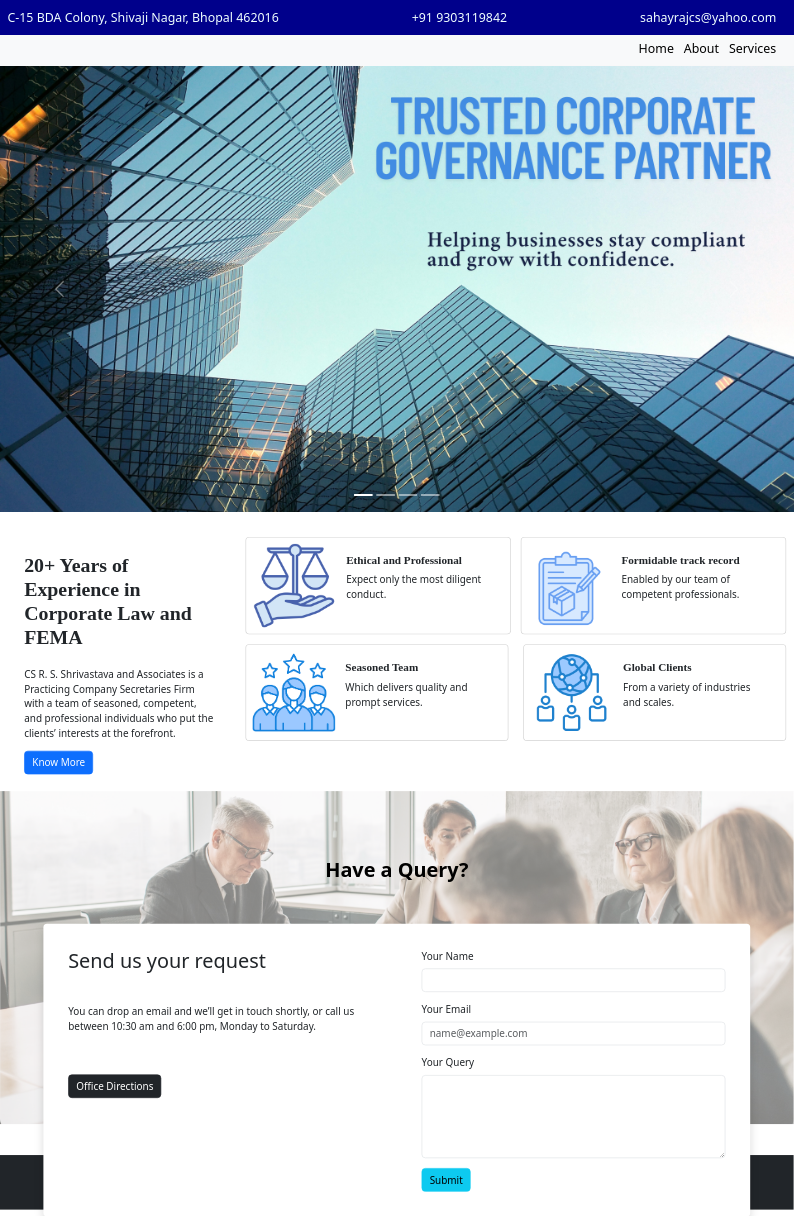
Repository: aayushiss/CS-RSS
Page: index.html
An editor plug-in stored every save of this project. The page is shown before and after the next save, followed by the edit.
The browser window is 1280 px wide. The pictures show the whole page, at 62% of full size.

Above is the page before, as saved 2025-05-15 20:01:41.

### index.html
<!DOCTYPE html>
<html lang="en">

<head>
  <meta charset="UTF-8">
  <meta name="viewport" content="width=device-width, initial-scale=1.0">
  <title>R. S. Shrivastava</title>
  <link href="https://cdn.jsdelivr.net/npm/bootstrap@5.3.3/dist/css/bootstrap.min.css" rel="stylesheet"
    integrity="sha384-QWTKZyjpPEjISv5WaRU9OFeRpok6YctnYmDr5pNlyT2bRjXh0JMhjY6hW+ALEwIH" crossorigin="anonymous">
  <link rel="stylesheet" type="text/css" href="style.css">
</head>

<body>
  <nav class="navbar fixed-top custom-navbar">
    <div class="container-fluid d-flex justify-content-between">
      <a class="navbar-brand"
        href="https://www.google.com/maps/place/R+S+SHRIVASTAVA+%26+ASSOCIATES/@23.2288499,77.4244091,17z/data=!3m1!4b1!4m6!3m5!1s0x397c425fada83073:0xcb1e8ba90a487f4e!8m2!3d23.228845!4d77.426984!16s%2Fg%2F1td0r8v9?entry=ttu&g_ep=EgoyMDI1MDUxMi4wIKXMDSoASAFQAw%3D%3D"
        target="_blank">C-15 BDA Colony, Shivaji Nagar, Bhopal 462016</a>
      <a class="navbar-brand" href="" tel:+919303119842"">+91 9303119842</a>
      <a class="navbar-brand" href="mailto:sahayrajcs@yahoo.com">sahayrajcs@yahoo.com</a>
    </div>
  </nav>
  <div class="navbar-space"></div>

  <nav class="navbar sticky-top second-navbar bg-light">
    <div class="container-fluid d-flex justify-content-end">
      <a class="navbar-brand" href="index.html">Home</a>
      <a class="navbar-brand" href="about.html">About</a>
      <a class="navbar-brand" href="#">Services</a>
    </div>
  </nav>

  <div id="carouselExampleCaptions" class="carousel slide">
    <div class="carousel-indicators">
      <button type="button" data-bs-target="#carouselExampleCaptions" data-bs-slide-to="0" class="active"
        aria-current="true" aria-label="Slide 1"></button>
      <button type="button" data-bs-target="#carouselExampleCaptions" data-bs-slide-to="1"
        aria-label="Slide 2"></button>
      <button type="button" data-bs-target="#carouselExampleCaptions" data-bs-slide-to="2"
        aria-label="Slide 3"></button>
      <button type="button" data-bs-target="#carouselExampleCaptions" data-bs-slide-to="3"
        aria-label="Slide 4"></button>
    </div>
    <div class="carousel-inner">
      <div class="carousel-item active">
        <img src="images/Trusted corporate governance partner.png" class="d-block w-100" alt="...">
        <div class="carousel-caption d-none d-md-block">
          <!-- <h5>First slide label</h5>
              <p>Some representative placeholder content for the first slide.</p> -->
        </div>
      </div>
      <div class="carousel-item">
        <img src="images/LegalConsultancy.png" class="d-block w-100" alt="...">
      </div>
      <div class="carousel-item">
        <img src="images/companyIncorporation.png" class="d-block w-100" alt="...">
      </div>
      <div class="carousel-item">
        <img src="images/annualFilingReturn.png" class="d-block w-100" alt="...">
      </div>
    </div>
    <button class="carousel-control-prev" type="button" data-bs-target="#carouselExampleCaptions" data-bs-slide="prev">
      <span class="carousel-control-prev-icon" aria-hidden="true"></span>
      <span class="visually-hidden">Previous</span>
    </button>
    <button class="carousel-control-next" type="button" data-bs-target="#carouselExampleCaptions" data-bs-slide="next">
      <span class="carousel-control-next-icon" aria-hidden="true"></span>
      <span class="visually-hidden">Next</span>
    </button>
  </div>
  <div class="container-fluid" style="margin-top: 40px;">

    <div class="row">
      <div class="col-auto" style="width: 30vw;">
        <div class="card" style="border-color: white;">
          <div class="card-body">
            <h5 class="card-title">20+ Years of
              Experience in Corporate Law and FEMA</h5>
            <p class="card-text" style="padding-top: 20px">CS R. S. Shrivastava and Associates is a Practicing Company
              Secretaries Firm with a team of seasoned, competent, and professional individuals who put the clients’
              interests at the forefront.</p>
            <a href="about.html" class="btn btn-primary">Know More</a>
          </div>
        </div>
      </div>
      <div class="col">
        <div class="row row-cols-2 g-3">
          <div class="col">
            <div class="card mb-3">
              <div class="row g-0">
                <div class="col-md-4">
                  <img src="images/8629542.png" class="img-fluid rounded-start" alt="...">
                </div>
                <div class="col-md-8">
                  <div class="card-body">
                    <h5 class="card-title">Ethical and Professional</h5>
                    <p class="card-text">Expect only the most diligent conduct.</p>
                  </div>
                </div>
              </div>
            </div>
          </div>
          <div class="col">
            <div class="card mb-3">
              <div class="row g-0">
                <div class="col-md-4">
                  <img src="images/16919209.png" class="img-fluid rounded-start" alt="...">
                </div>
                <div class="col-md-8">
                  <div class="card-body">
                    <h5 class="card-title">Formidable track record</h5>
                    <p class="card-text">Enabled by our team of competent professionals.</p>
                  </div>
                </div>
              </div>
            </div>
          </div>
        </div>
        <div class="row">
          <div class="col">
            <div class="card mb-3">
              <div class="row g-0">
                <div class="col-md-4">
                  <img src="images/images.png" class="img-fluid rounded-start" alt="...">
                </div>
                <div class="col-md-8">
                  <div class="card-body">
                    <h5 class="card-title">Seasoned Team
                    </h5>
                    <p class="card-text">Which delivers quality and prompt services.</p>
                  </div>
                </div>
              </div>
            </div>
          </div>
          <div class="col">
            <div class="card mb-3">
              <div class="row g-0">
                <div class="col-md-4">
                  <img src="images/11743537.png" class="img-fluid rounded-start" alt="...">
                </div>
                <div class="col-md-8">
                  <div class="card-body">
                    <h5 class="card-title">Global Clients
                    </h5>
                    <p class="card-text">From a variety of industries and scales.</p>
                  </div>
                </div>
              </div>
            </div>
          </div>
        </div>
      </div>
    </div>
  </div>

  <div class="position-relative" style="margin-bottom: 50px;">
    <img src="images/haveAQuery.jpg" class="img-fluid" alt="..." style="opacity: .5;">
    <h2 class="position-absolute start-50 translate-middle-x text-black fw-bold" style="top: 20%;">
      Have a Query?
    </h2>

    <div class="container-md position-absolute start-50 translate-middle-x" style="top: 40%;">
      <div class="row bg-white rounded shadow">
        <div class="col" style="padding: 40px;">
          <h2>Send us your request</h2>
          <p style="margin-top: 50px;">
            You can drop an email and we’ll get in touch shortly, or call us between 10:30 am and 6:00 pm, Monday to
            Saturday.
          </p>
          <div class="btn btn-dark" style="margin-top: 50px;">
            <a href="https://www.google.com/maps/place/R+S+SHRIVASTAVA+%26+ASSOCIATES/@23.2288499,77.4244091,17z/data=!3m1!4b1!4m6!3m5!1s0x397c425fada83073:0xcb1e8ba90a487f4e!8m2!3d23.228845!4d77.426984!16s%2Fg%2F1td0r8v9?entry=ttu&g_ep=EgoyMDI1MDUxMi4wIKXMDSoASAFQAw%3D%3D"
              style="color: white; text-decoration: none; padding-top: 20px;" target="_blank">Office Directions</a>
          </div>
        </div>
        <div class="col" style="padding: 40px;">
          <div class="mb-3">
            <label for="formControlInput1" class="form-label">Your Name</label>
            <input class="form-control" id="ƒormControlInput1">
          </div>
          <div class="mb-3">
            <label for="formControlTextarea1" class="form-label">Your Email</label>
            <input type="email" class="form-control" id="formControlInput1" placeholder="name@example.com">
          </div>
          <div class="mb-3">
            <label for="formControlTextarea2" class="form-label">Your Query</label>
            <textarea class="form-control" id="exampleFormControlTextarea1" rows="5"></textarea>
          </div>
          <div class="btn btn-info">Submit</div>

        </div>
      </div>
    </div>
  </div>
  </div>
  <footer class="bg-dark text-white text-center py-4 mt-5">
    <p>&copy; 2025 CS R. S. Shrivastava and Associates. All rights reserved.</p>
  </footer>

  <script src="https://cdn.jsdelivr.net/npm/bootstrap@5.3.3/dist/js/bootstrap.bundle.min.js"
    integrity="sha384-YvpcrYf0tY3lHB60NNkmXc5s9fDVZLESaAA55NDzOxhy9GkcIdslK1eN7N6jIeHz"
    crossorigin="anonymous"></script>
</body>

</html>

### style.css
.custom-navbar {
    background-color: darkblue;
}

.custom-navbar .navbar-brand {
    color: azure;
}

.navbar-space {
    margin-top: 50px;
}

.second-navbar .navbar-brand{
    color: black;
}

.custom-card{
    height: 25vh;
}

.custom-card .card-img{
    height: 100%;
    object-fit: cover;
}

.container-fluid .card{
    padding: 10px;
}
.container-fluid .card-title{
font-family: 'Times New Roman', Times, serif;
font-weight: bold;
font-size: xx-large;
}

.container-fluid .col-md-8 .card-title{
font-family: 'Times New Roman', Times, serif;
font-size: large;
}

After the next save:
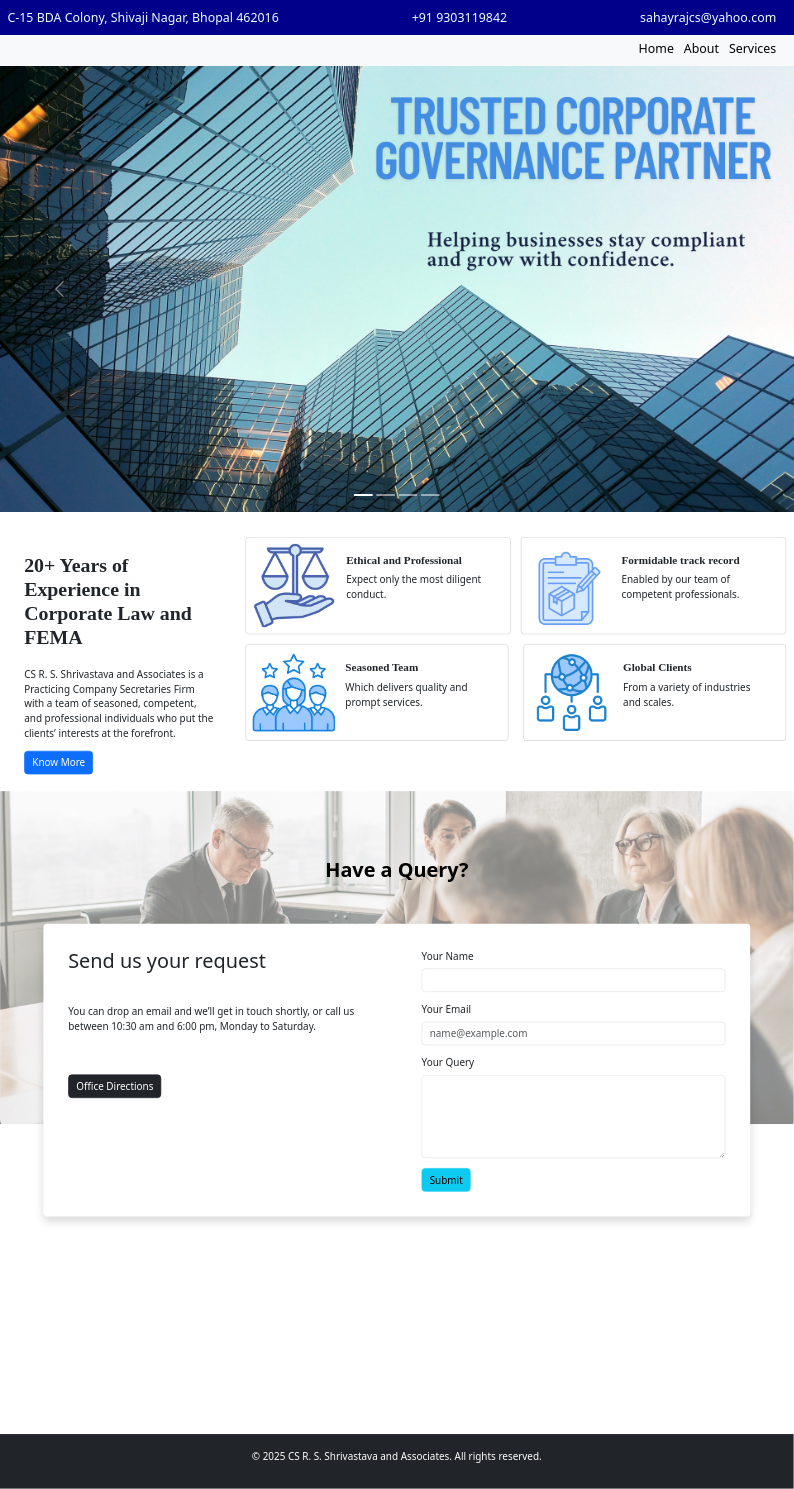
Saved 6 s later.
--- a/index.html
+++ b/index.html
@@ -154,7 +154,7 @@
     </div>
   </div>
 
-  <div class="position-relative" style="margin-bottom: 50px;">
+  <div class="position-relative" style="margin-bottom: 500px;">
     <img src="images/haveAQuery.jpg" class="img-fluid" alt="..." style="opacity: .5;">
     <h2 class="position-absolute start-50 translate-middle-x text-black fw-bold" style="top: 20%;">
       Have a Query?

After the save that followed:
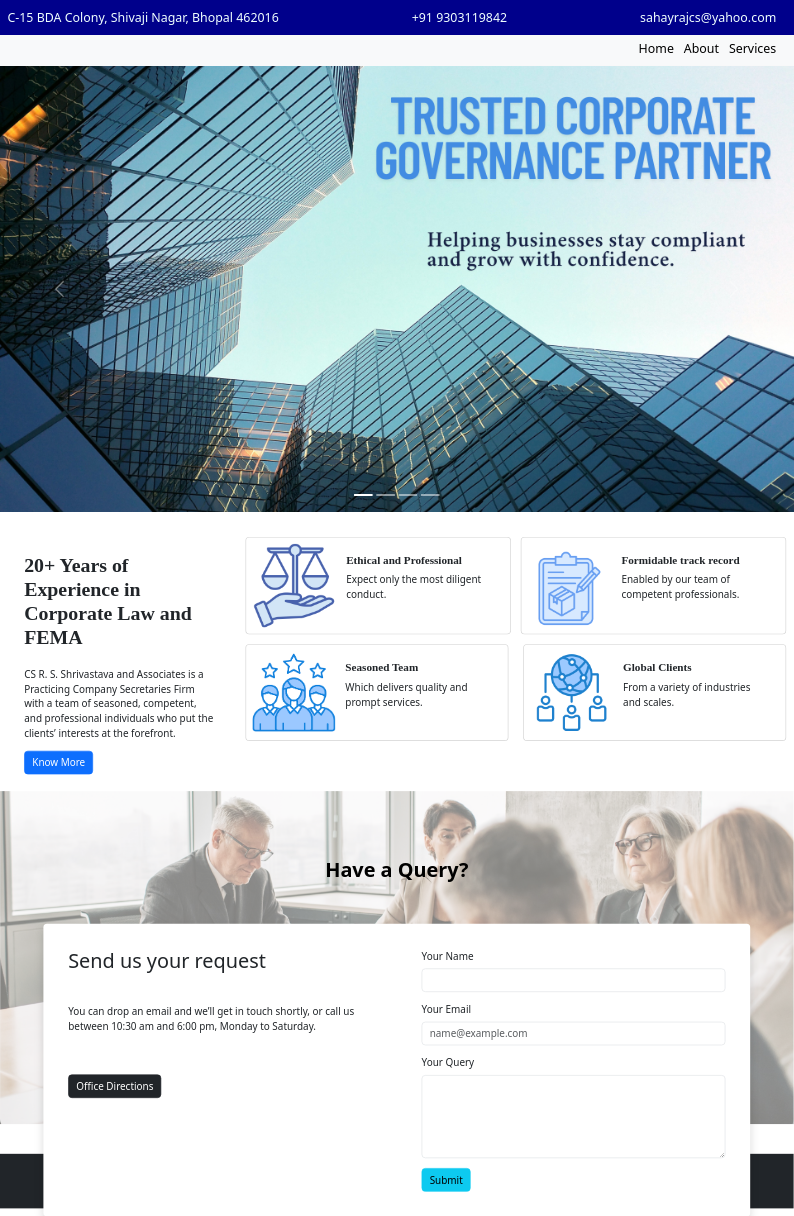
Saved 17 s later.
--- a/index.html
+++ b/index.html
@@ -154,7 +154,7 @@
     </div>
   </div>
 
-  <div class="position-relative" style="margin-bottom: 500px;">
+  <div class="position-relative" style="margin-bottom: auto;">
     <img src="images/haveAQuery.jpg" class="img-fluid" alt="..." style="opacity: .5;">
     <h2 class="position-absolute start-50 translate-middle-x text-black fw-bold" style="top: 20%;">
       Have a Query?
